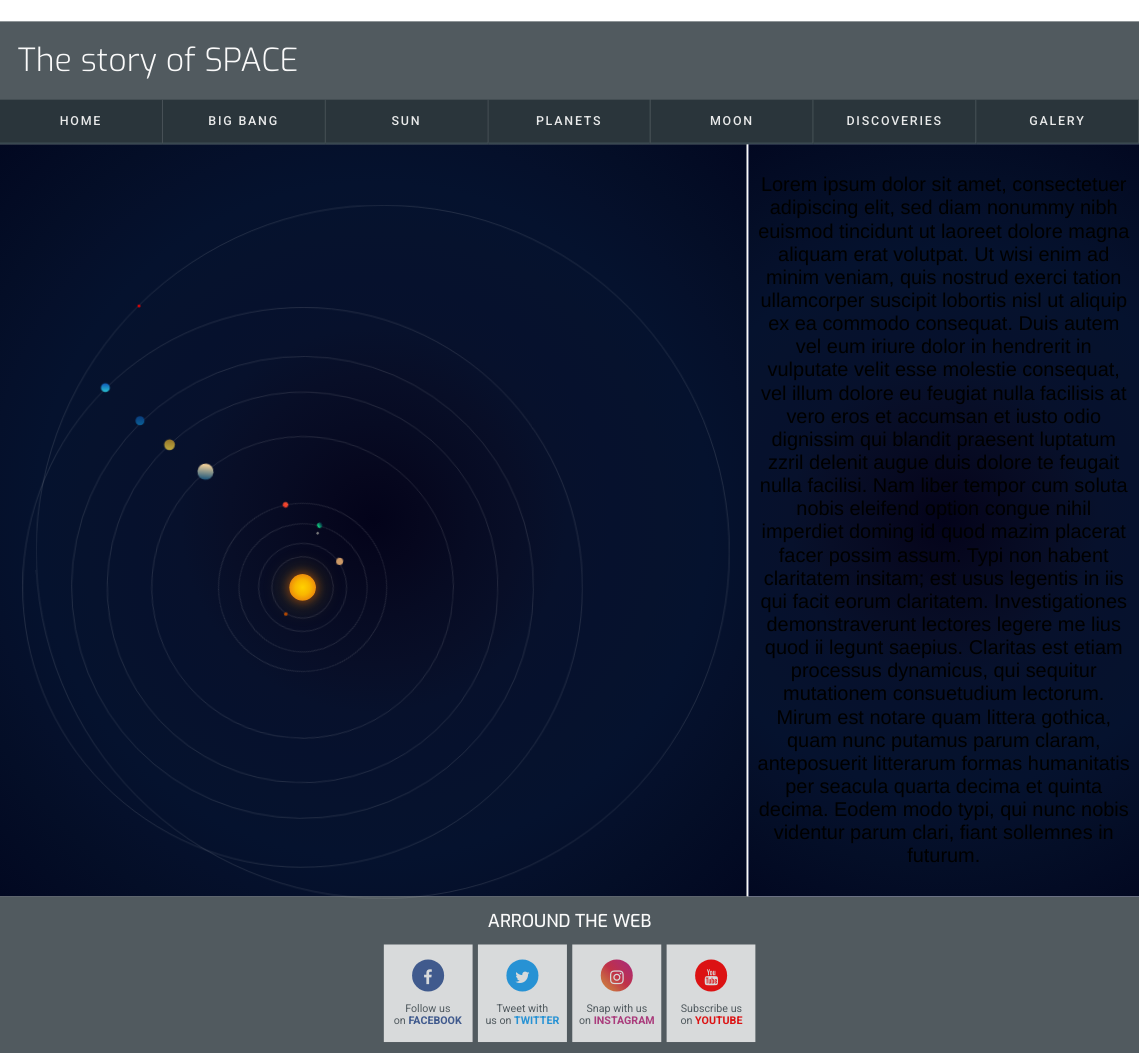
Repository: OlaQla/First-Milestones-Project
Page: index.html
The author's editor kept a record of every edit. The page is drawn from the files as they stood at one moment, then again after the next edit.
The browser window is 1280 px wide. The pictures show the whole page, at 89% of full size.
Backgrounds fixed to the window are drawn as part of the page. Some web libraries are served in a nearby version.

Above is the page before.

After the next edit:
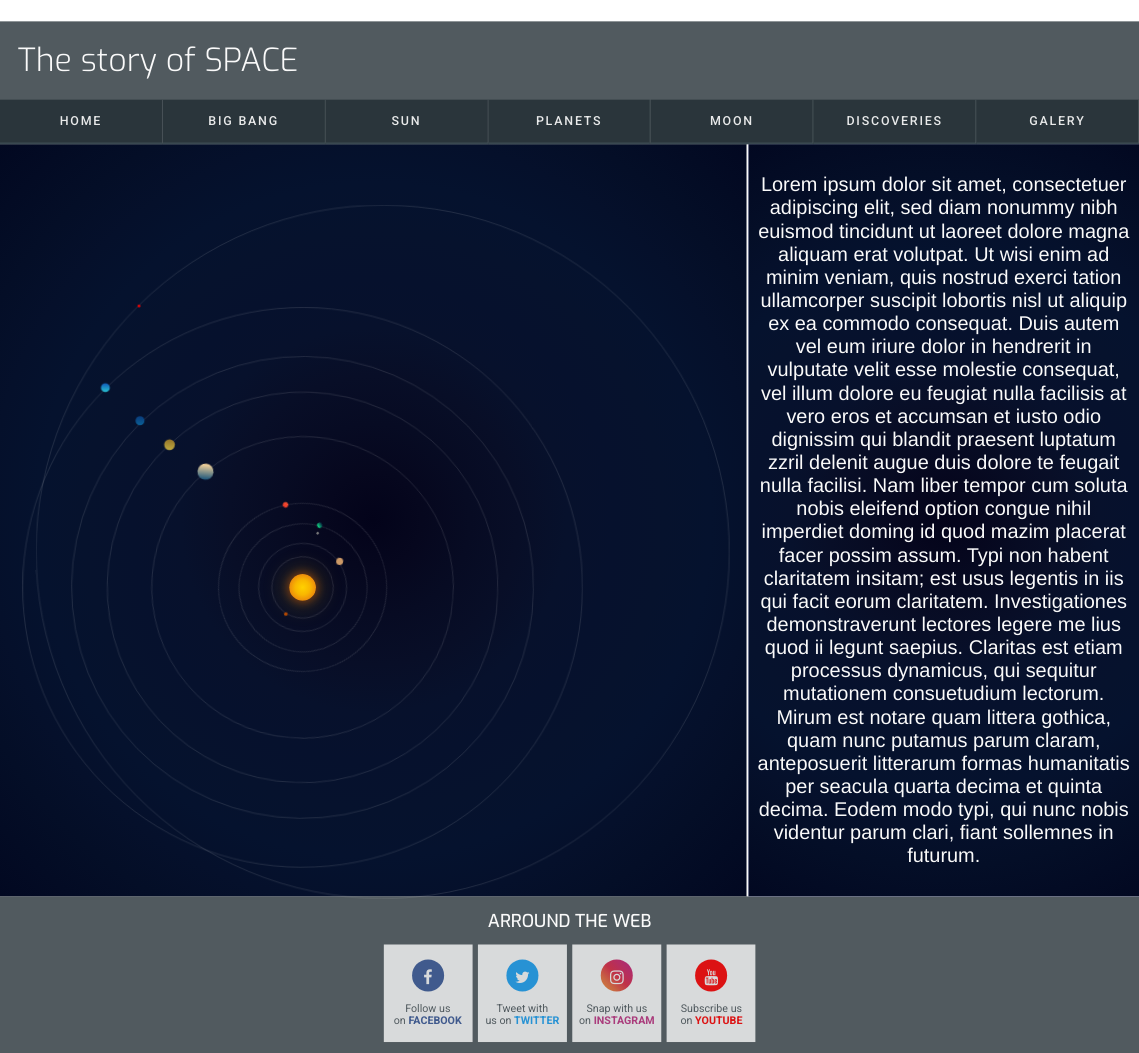
The edit:
--- a/main.css
+++ b/main.css
@@ -489,6 +489,7 @@
 /*--------------------------------------------column-main */
 .column-sidebar{
     background-color: #c1c1f8;
+    color:#fafafa;
     text-align: center;
     padding: 10px 10px;
         background-image: radial-gradient(circle, #03031a, #06071e, #070b23, #080e27, #07112c, #06112d, #06122d, #05122e, #05102b, #040e27, #030b24, #020821);
